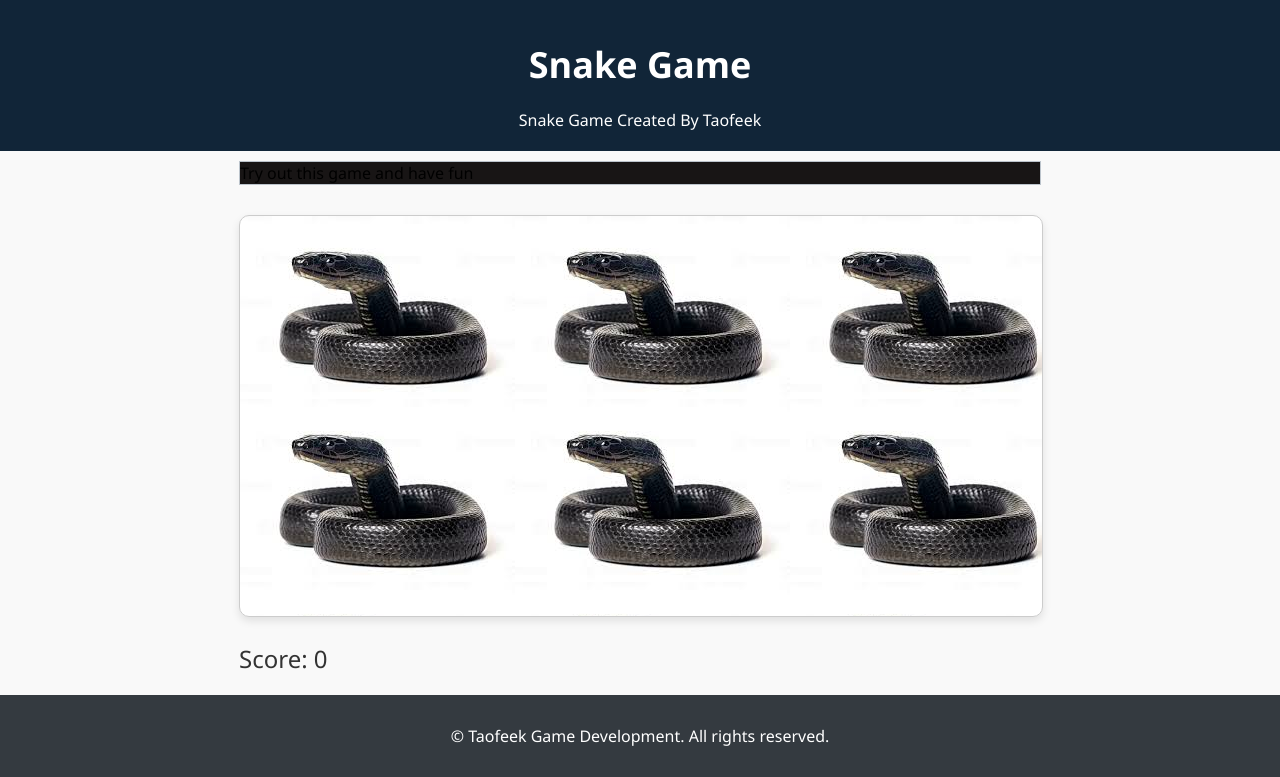
Repository: Taofeekolusola/Landing-page
Page: index.html
The author's editor kept a copy of each file at every save. The page is drawn from the files as they stood at one save, then again after the next save.
The browser window is 1280 px wide. The pictures show the whole page.

Above is the page before, as saved 2024-05-06 18:42:49.
Not found: script.js

After the next save:
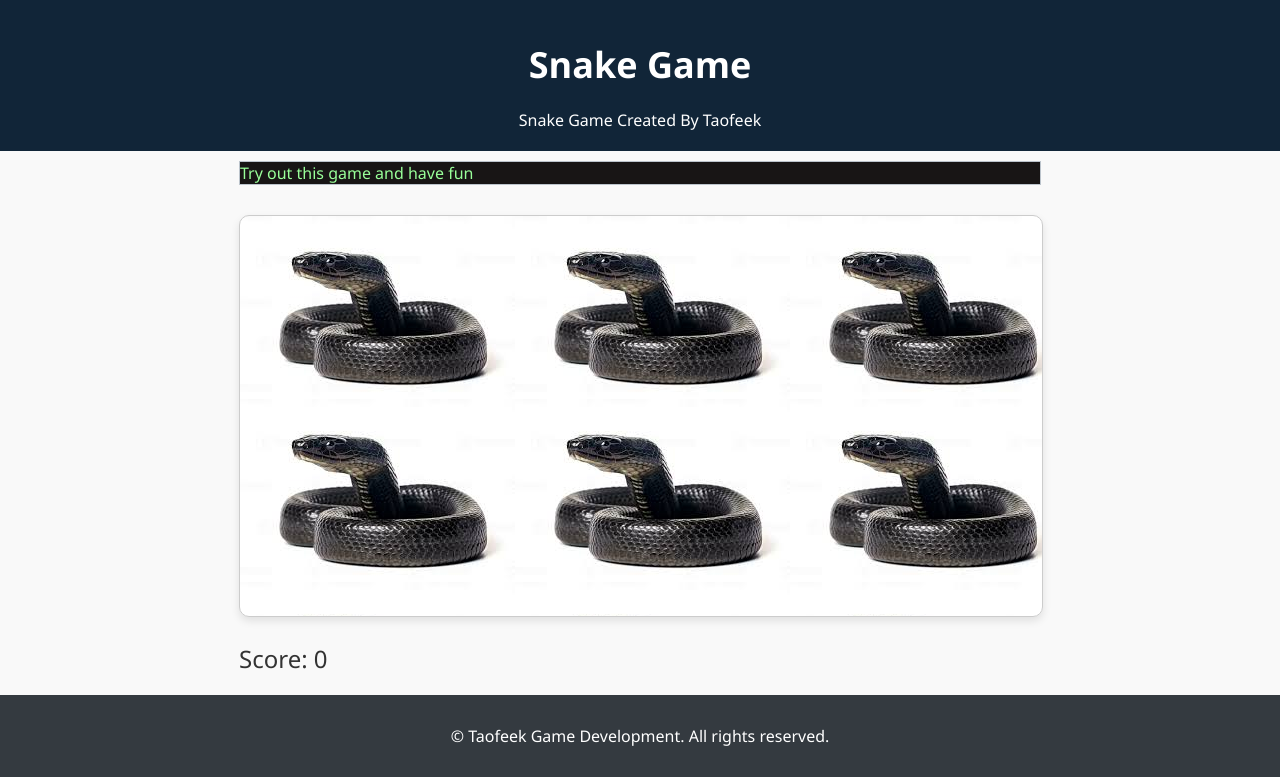
Saved 13 s later.
--- a/styles.css
+++ b/styles.css
@@ -38,7 +38,7 @@ header h1 {
     margin: 10px 0px;
     border: 1px solid #bcc4cc;
     background-color: #181515;
-    color: #;
+    color: #9f9f;
 }
 
 main {
